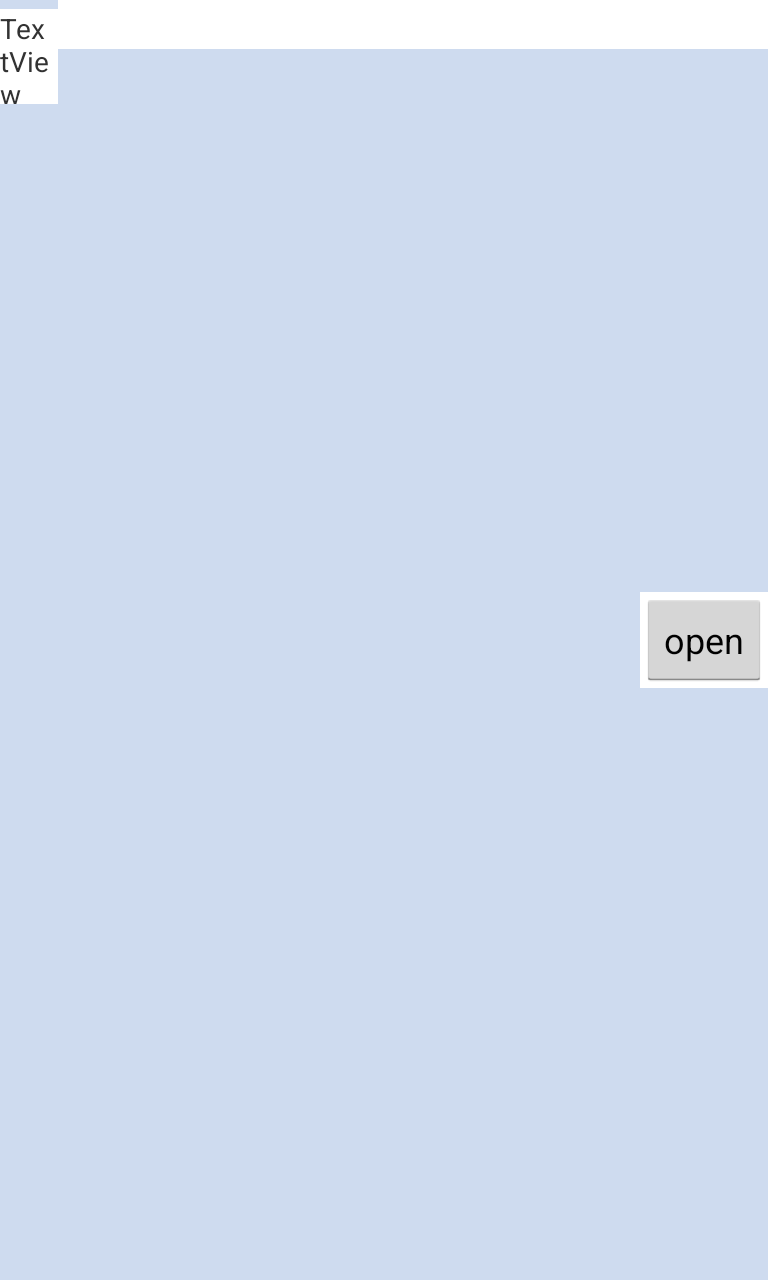
Repository: supremehappy/Android
Layout: FrameTest1/res/layout/activity_main.xml
An editor plug-in stored every save of this project. The layout is shown before and after the next save, followed by the edit.
It is drawn on a 768 x 1280 px phone screen (xhdpi) without system bars, with theme AppTheme; the app's code is not run.

Above is the layout before, as saved 2017-09-04 02:20:41.

After the next save:
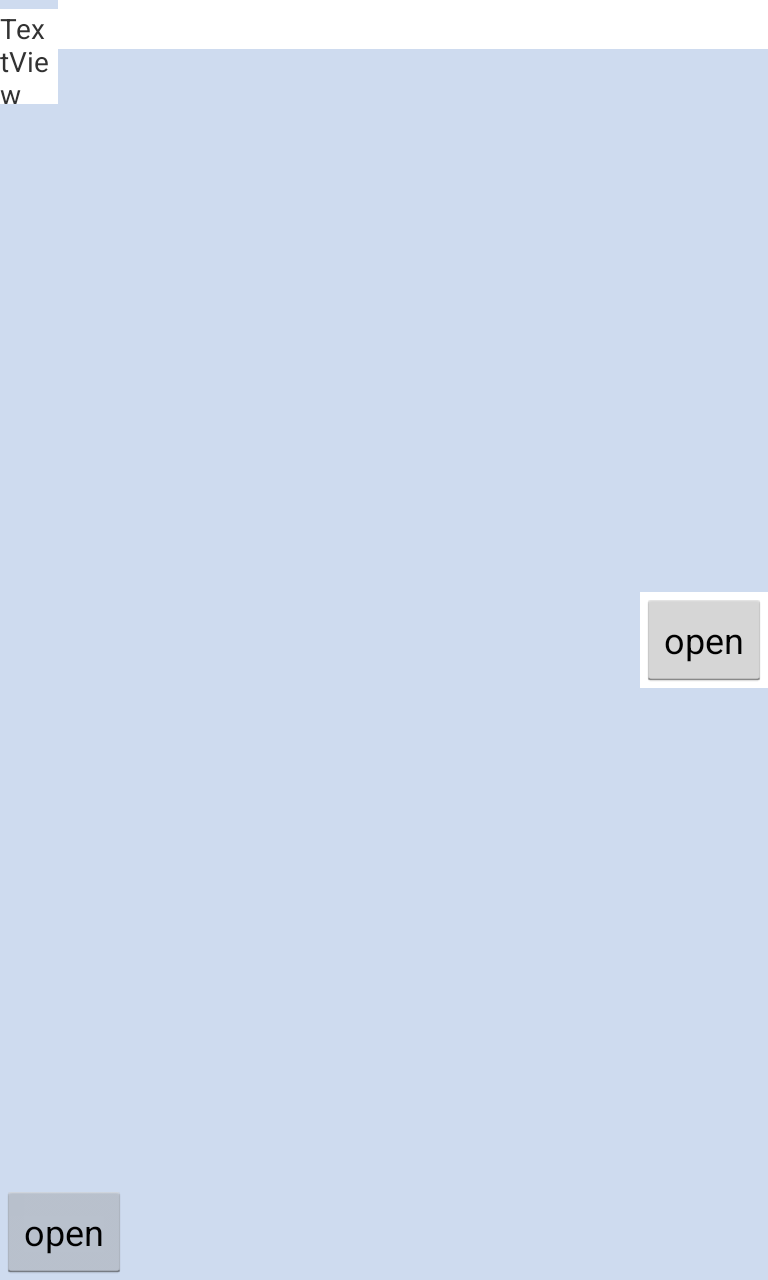
Saved 2 min 37 s later.
--- a/FrameTest1/res/layout/activity_main.xml
+++ b/FrameTest1/res/layout/activity_main.xml
@@ -88,6 +88,36 @@
     </LinearLayout>
 
     <LinearLayout
+        android:id="@+id/my_layout1"
+        android:layout_width="200dp"
+        android:layout_height="match_parent"
+        android:background="#efcee9"
+        android:orientation="vertical"
+        android:gravity="left"
+        android:visibility="gone" >
+
+        <LinearLayout
+            android:layout_width="match_parent"
+            android:layout_height="wrap_content"
+            android:orientation="vertical" >
+
+            <TextView
+                android:id="@+id/textView3"
+                android:layout_width="wrap_content"
+                android:layout_height="wrap_content"
+                android:text="TextView" />
+
+            <EditText
+                android:id="@+id/editText3"
+                android:layout_width="match_parent"
+                android:layout_height="wrap_content"
+                android:ems="10" />
+
+        </LinearLayout>
+
+    </LinearLayout>
+
+    <LinearLayout
         android:layout_width="wrap_content"
         android:layout_height="wrap_content"
         android:background="#ffffff"
@@ -102,4 +132,18 @@
 
     </LinearLayout>
 
+    <LinearLayout
+        android:layout_width="match_parent"
+        android:layout_height="match_parent"
+        android:gravity="bottom|left"
+        android:orientation="vertical" >
+
+        <Button
+            android:id="@+id/btn_open1"
+            android:layout_width="wrap_content"
+            android:layout_height="wrap_content"
+            android:text="open" />
+
+    </LinearLayout>
+
 </FrameLayout>
